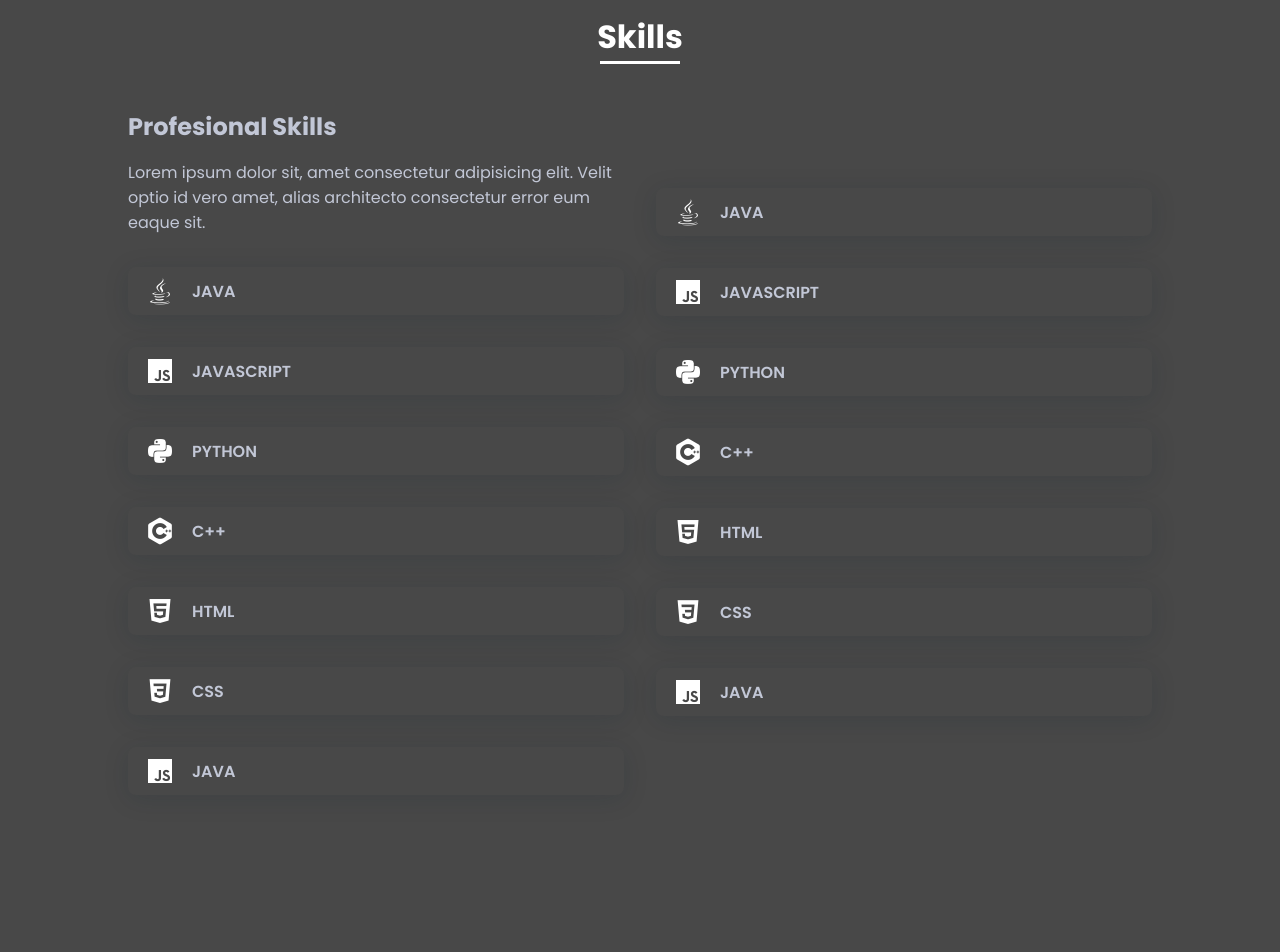
Repository: joshliu14/joshliu14.github.io
Page: index.html
These files come from the project's save history. The page is drawn as it stood at one moment and after the next save; the edit follows.
The browser window is 1280 px wide. The pictures show the part of the page from y = 1229 to 2181 px (the page is 3595 px tall).
A picture or video elsewhere on the page could not be fetched, so the positions and the page height are approximate.

Above is the page before, as saved 2024-02-01 00:10:34.

After the next save:
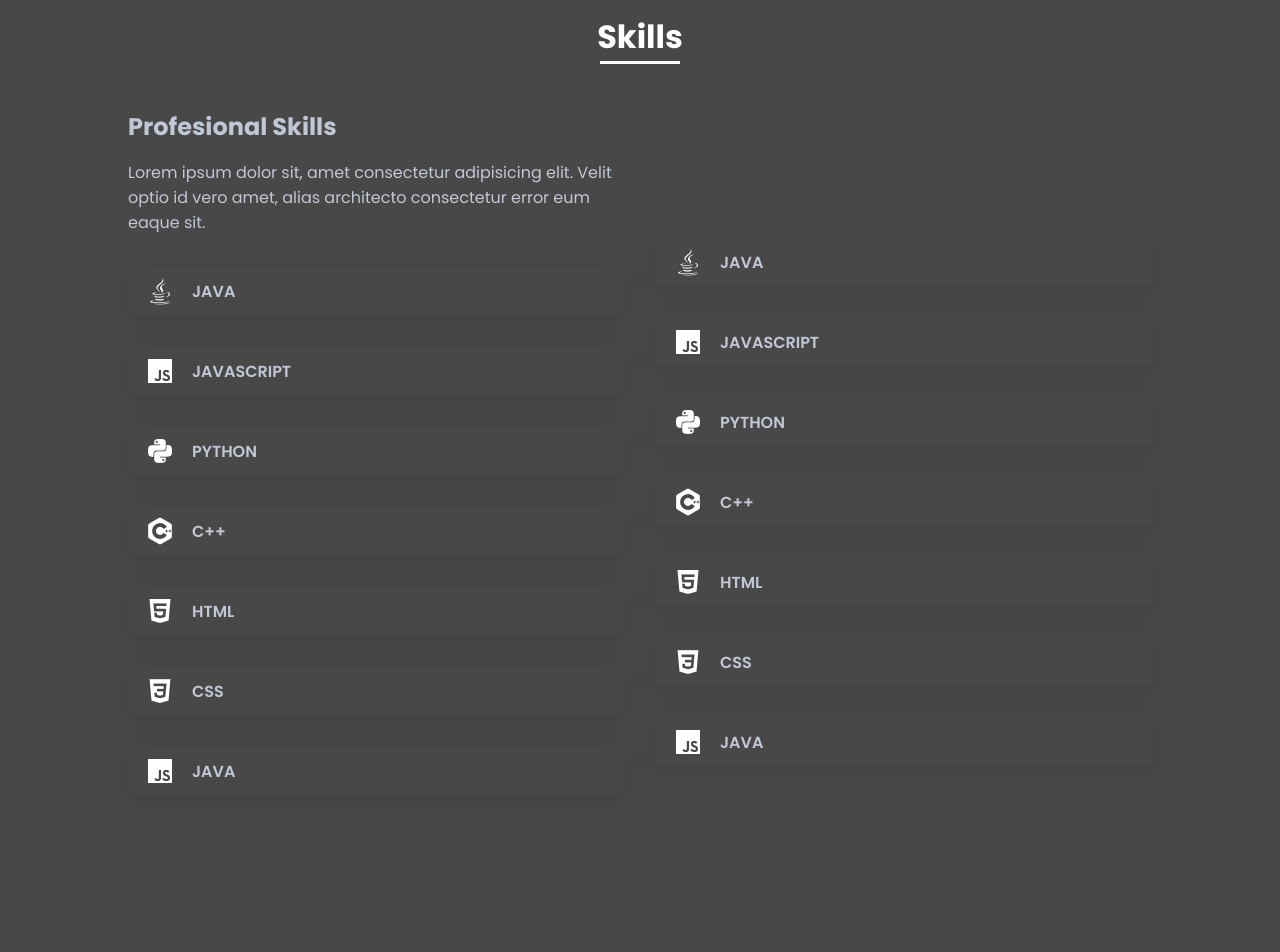
Saved 20 s later.
--- a/assets/css/web.css
+++ b/assets/css/web.css
@@ -261,7 +261,7 @@ img {
   text-align: center;
 }
 .skills__column2 {
-  gap: 100px;
+  margin-top: 100px;
 }
 .skills__subtitle {
   margin-bottom: var(--mb-2);
